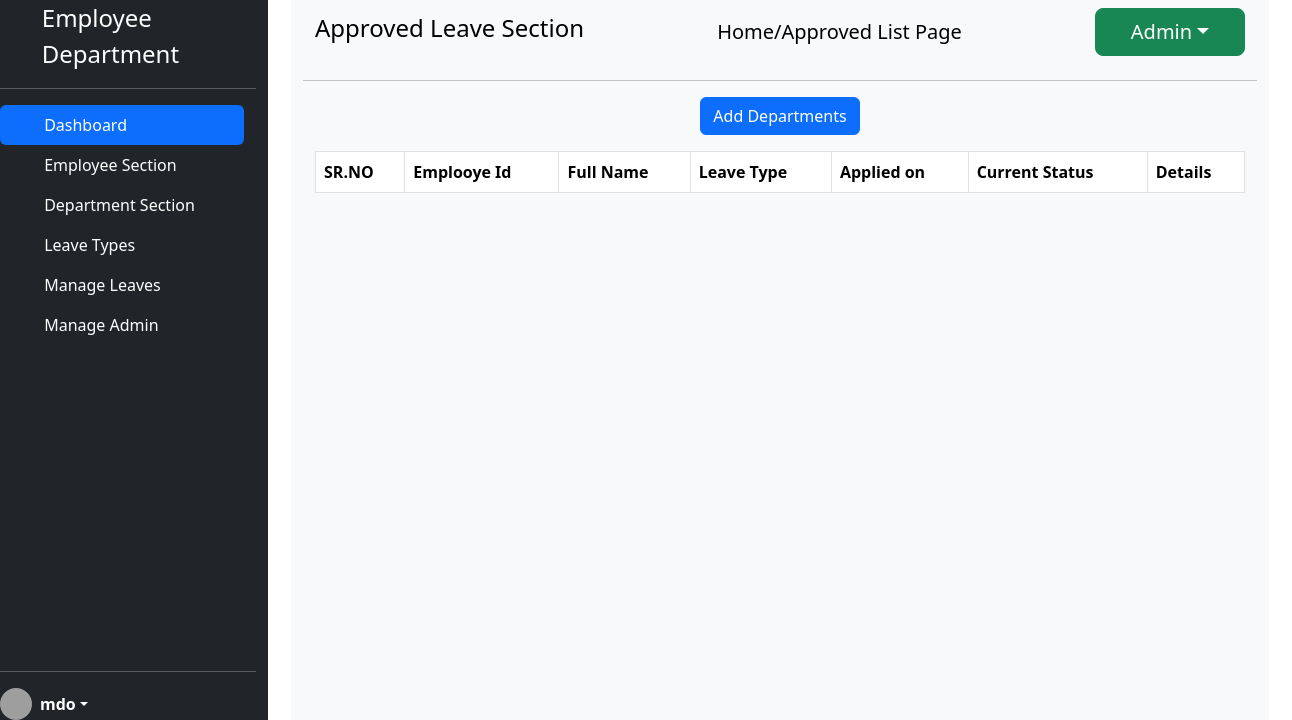
Repository: Ashish4910/Leave-Application-Management
Page: http://localhost/Employee_management/Admin/Pending.jsp
These files come from the project's save history. The page is drawn as it stood at one moment and after the next save; the edit follows.
The browser window is 1280 px wide. The page is 1292 px wide, so the pictures cover 1292 px, including what lies to the right of the window. The pictures show the whole page.
Pictures or frames that could not be fetched are drawn as grey boxes. The page is served by Tomcat 9. Other server files are loaded and not shown. Queries for data that is not in the repository find no rows.

Above is the page before, as saved 2023-12-05 06:14:26.

### Employee Management Project/Employee_management/src/main/webapp/Admin/Pending.jsp
<!doctype html>
<html lang="en">
<%@ page import="java.sql.*"%>
<head>
<meta charset="utf-8">
<meta name="viewport" content="width=device-width, initial-scale=1">
<title>Admin Dashboard</title>
<link
	href="https://cdn.jsdelivr.net/npm/bootstrap@5.3.2/dist/css/bootstrap.min.css"
	rel="stylesheet"
	integrity="sha384-T3c6CoIi6uLrA9TneNEoa7RxnatzjcDSCmG1MXxSR1GAsXEV/Dwwykc2MPK8M2HN"
	crossorigin="anonymous">

<style type="text/css">
.full-height-sidebar {
	height: 100vh;
	background-color: #111;
	color: white;
}

.custom-width {
	width: 280px;
}

.btn-wider {
	min-width: 150px; /* Adjust the width as needed */
}
}
</style>
<link rel="stylesheet"
	href="https://cdnjs.cloudflare.com/ajax/libs/font-awesome/6.2.1/css/all.min.css"
	integrity="sha512-MV7K8+y+gLIBoVD59lQIYicR65iaqukzvf/nwasF0nqhPay5w/9lJmVM2hMDcnK1OnMGCdVK+iQrJ7lzPJQd1w=="
	crossorigin="anonymous" referrerpolicy="no-referrer" />
</head>
<body>

	<div class="row">
		<div
			class="d-flex flex-column  text-bg-dark  col-lg-2 full-height-sidebar custom-width ">
			<a href="/"
				class="d-flex align-items-center mb-3 mb-md-0 me-md-auto text-white text-decoration-none">
				<svg class="bi pe-none me-2" width="40" height="32">
				<use xlink:href="#bootstrap"></use></svg> <span class="fs-4">Employee
					Department </span>
			</a>
			<hr>
			<ul class="nav nav-pills flex-column mb-auto container-fluid">
				<li class="nav-item"><a href="Admin_dashboard.jsp"
					class="nav-link active" aria-current="page"> <svg
							class="bi pe-none me-2" width="16" height="16">
						<use xlink:href="#home"></use></svg> Dashboard
				</a></li>
				<li><a href="Employee_Section.jsp" class="nav-link text-white">
						<svg class="bi pe-none me-2" width="16" height="16">
						<use xlink:href="#speedometer2"></use></svg> Employee Section
				</a></li>
				<li><i class="bi bi-windows"></i><a href="Departments.jsp"
					class="nav-link text-white"> <svg class="bi pe-none me-2"
							width="16" height="16">
						<use xlink:href="#table"></use></svg> Department Section
				</a></li>
				<li><a href="Leave_type.jsp" class="nav-link text-white"> <svg
							class="bi pe-none me-2" width="16" height="16">
						<use xlink:href="#grid"></use></svg> Leave Types
				</a></li>
				<li><a href="#" class="nav-link text-white"> <svg
							class="bi pe-none me-2" width="16" height="16">
						<use xlink:href="#people-circle"></use></svg> Manage Leaves
				</a></li>

				<li><a href="Manage_Admin.jsp" class="nav-link text-white">
						<svg class="bi pe-none me-2" width="16" height="16">
						<use xlink:href="#people-circle"></use></svg> Manage Admin
				</a></li>
			</ul>
			<hr>
			<div class="dropdown">
				<a href="#"
					class="d-flex align-items-center text-white text-decoration-none dropdown-toggle"
					data-bs-toggle="dropdown" aria-expanded="false"> <img
					src="https://github.com/mdo.png" alt="" width="32" height="32"
					class="rounded-circle me-2"> <strong>mdo</strong>
				</a>
				<ul class="dropdown-menu dropdown-menu-dark text-small shadow">
					<li><a class="dropdown-item" href="#">New project...</a></li>
					<li><a class="dropdown-item" href="#">Settings</a></li>
					<li><a class="dropdown-item" href="#">Profile</a></li>
					<li><hr class="dropdown-divider"></li>
					<li><a class="dropdown-item" href="#">Sign out</a></li>
				</ul>
			</div>
		</div>


		<!-- ==================================== Second Div Start ===================== -->
		<div class="container col-lg-9 bg-light mt-8">

			<div class="card-body">
				<nav class="navbar navbar-light bg-light">
					<div class="container-fluid">
						<a class="navbar-brand" href="Add_Departments"><h4>Approved Leave
								Section</h4></a> <a class="navbar-brand" href="Leave_type">Home/Approved List
							Page</a>
						<!-- 	<button type="button" class="btn btn-primary"
							style="hight: 200px; width: 200px">Admin</button> -->



						<div class="dropdown nav-item ">
							<a class="btn btn-success dropdown-toggle btn-lg  btn-wider "
								href="#" role="button" data-bs-toggle="dropdown"
								aria-expanded="false">Admin</a>
							<ul class="dropdown-menu">
								<li><a class="dropdown-item" href="#">Log-Out</a></li>
							</ul>
						</div>
					</div>
				</nav>
			</div>

			<hr>
			<div class="container">
				<div class="text-center mt-3 mb-3">
					<a href="Add_Departments.jsp" class="btn btn-primary ">Add
						Departments</a>

				</div>
				<table class="table table-bordered">
					<thead>
						<tr>
							<th scope="col">SR.NO</th>
							<th scope="col">Emplooye Id</th>
							<th scope="col">Full Name</th>
							<th scope="col">Leave Type</th>
							<th scope="col">Applied on</th>
							<th scope="col">Current Status</th>
							<th scope="col">Details</th>




						</tr>
					<tbody>
						<%
						Connection conn = null;
						PreparedStatement pstmt = null;
						ResultSet rs = null;

						try {
							Class.forName("com.mysql.cj.jdbc.Driver");
							conn = DriverManager.getConnection("jdbc:mysql://localhost:3306/employee_management?user=root&password=root123@");

							// Assuming '5' is an integer value
							/*     int employeeId = 5; */

							String sql = "SELECT add_employee.employeeId, add_employee.id, add_employee.firstName, "
							+ "add_employee.lastName, apply_leave.leave_type, apply_leave.applied, "
							+ "apply_leave.leaveCode, apply_leave.Apply_Status " + "FROM add_employee "
							+ "JOIN apply_leave ON add_employee.id = apply_leave.id " + "WHERE apply_leave.Apply_Status = 'Pending'";
							pstmt = conn.prepareStatement(sql);
							/*       pstmt.setInt(1, employeeId); */

							rs = pstmt.executeQuery();
							int row = 1;
							while (rs.next()) {
						%>
						<tr>
							<td><%=row++%></td>
							<td><%=rs.getString("employeeId")%></td>
							<td><%=rs.getString("firstName")%> <%=rs.getString("lastName")%></td>
							<td><%=rs.getString("leave_type")%></td>
							<td><%=rs.getString("applied")%></td>
							<td><%=rs.getString("Apply_Status")%> <i
								class="fa-solid fa-spinner"
								style="font-size: 1rem; position: left; top: 5px; right: 10px; color: blue;"></i></td>

							<td><a
								href="Employee_leave_detail.jsp?leaveCode=<%=rs.getString("leaveCode")%>&id=<%=rs.getString("id")%>"
								class="btn btn-secondary">Details</a></td>

							<%
							}
							} catch (Exception e) {
							e.printStackTrace();
							} finally {
							try {
							if (rs != null)
								rs.close();
							if (pstmt != null)
								pstmt.close();
							if (conn != null)
								conn.close();
							} catch (SQLException e) {
							e.printStackTrace();
							}
							}
							%>

					</tbody>
				</table>
			</div>
		</div>

		<script
			src="https://cdn.jsdelivr.net/npm/bootstrap@5.3.2/dist/js/bootstrap.bundle.min.js"
			integrity="sha384-C6RzsynM9kWDrMNeT87bh95OGNyZPhcTNXj1NW7RuBCsyN/o0jlpcV8Qyq46cDfL"
			crossorigin="anonymous"></script>
</body>
</html>

After the next save:
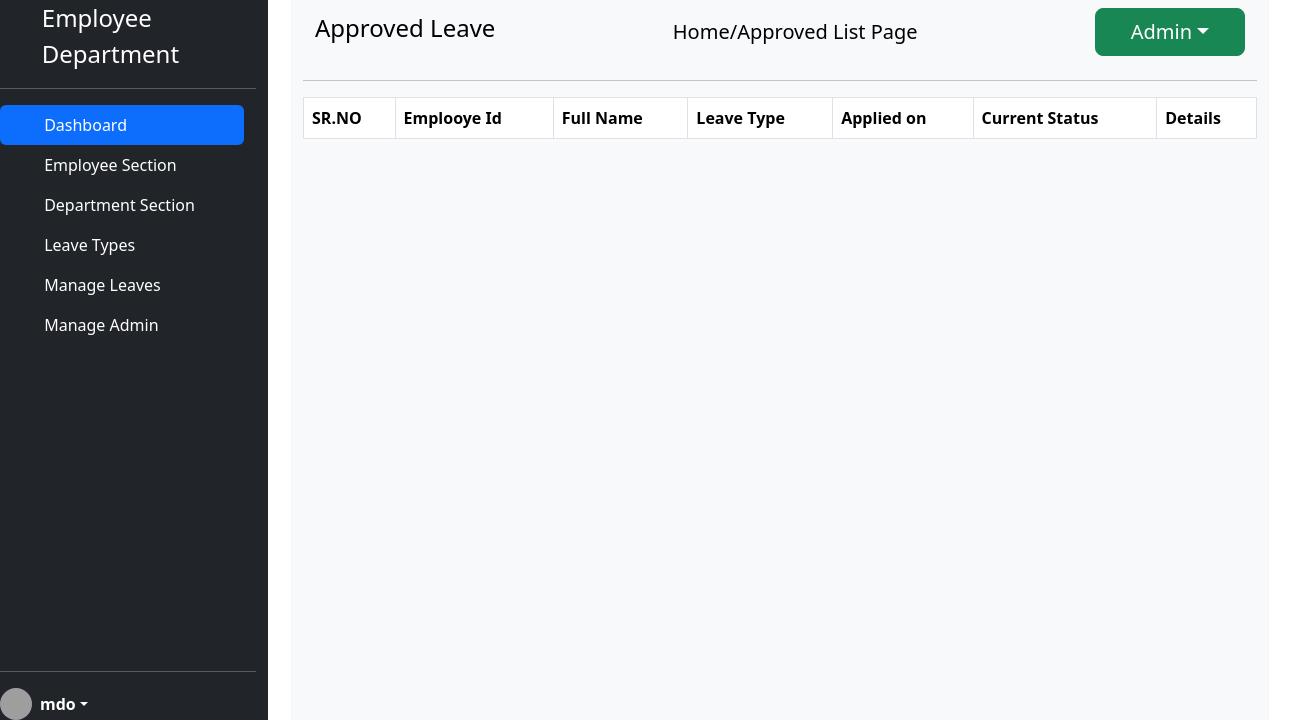
Saved 90 s later.
--- a/Employee Management Project/Employee_management/src/main/webapp/Admin/Pending.jsp
+++ b/Employee Management Project/Employee_management/src/main/webapp/Admin/Pending.jsp
@@ -99,7 +99,7 @@
 				<nav class="navbar navbar-light bg-light">
 					<div class="container-fluid">
 						<a class="navbar-brand" href="Add_Departments"><h4>Approved Leave
-								Section</h4></a> <a class="navbar-brand" href="Leave_type">Home/Approved List
+								</h4></a> <a class="navbar-brand" href="Leave_type">Home/Approved List
 							Page</a>
 						<!-- 	<button type="button" class="btn btn-primary"
 							style="hight: 200px; width: 200px">Admin</button> -->
@@ -119,12 +119,7 @@
 			</div>
 
 			<hr>
-			<div class="container">
-				<div class="text-center mt-3 mb-3">
-					<a href="Add_Departments.jsp" class="btn btn-primary ">Add
-						Departments</a>
-
-				</div>
+
 				<table class="table table-bordered">
 					<thead>
 						<tr>
